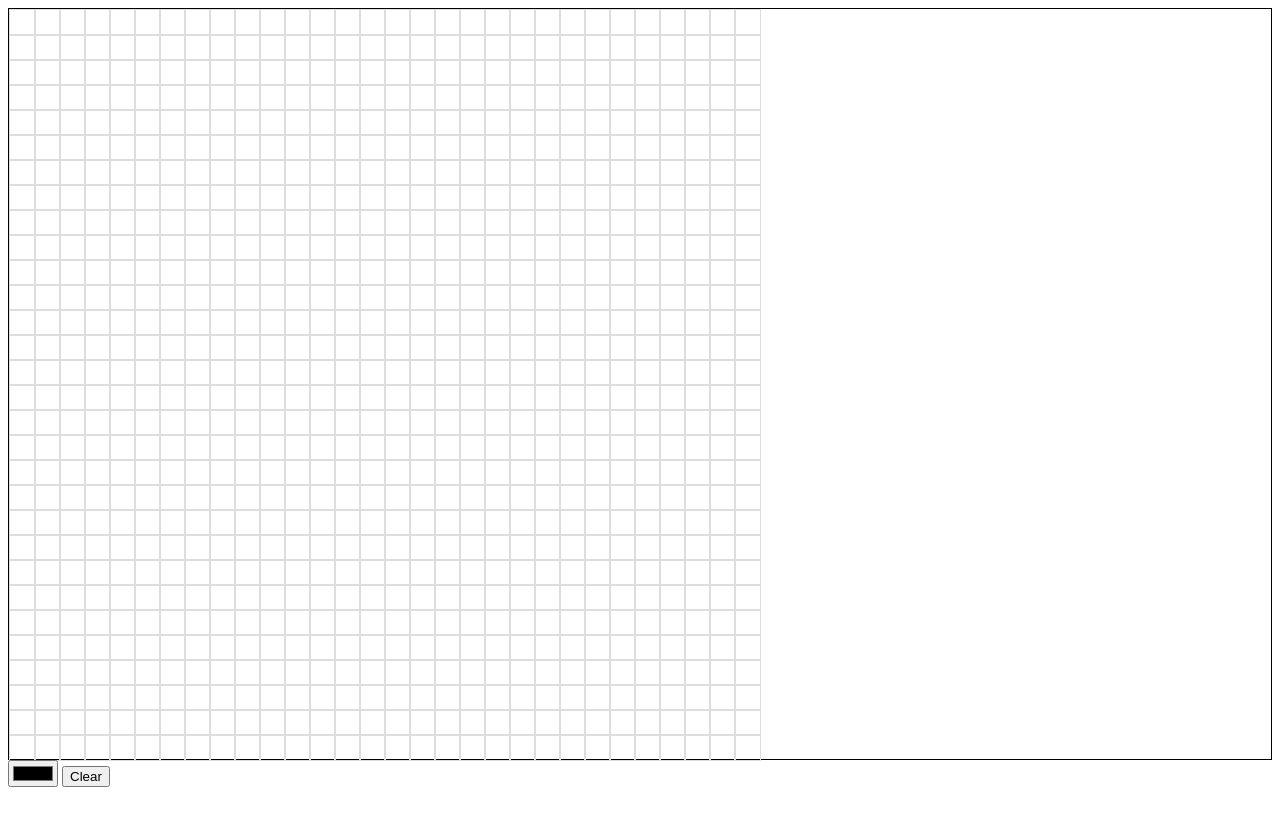
Repository: oldens/handwritten-digit-recognition
Page: index.html
The author's editor kept a copy of each file at every save. The page is drawn from the files as they stood at one save, then again after the next save.
The browser window is 1280 px wide. The pictures show the whole page.

Above is the page before, as saved 2025-01-31 15:47:19.

After the next save:
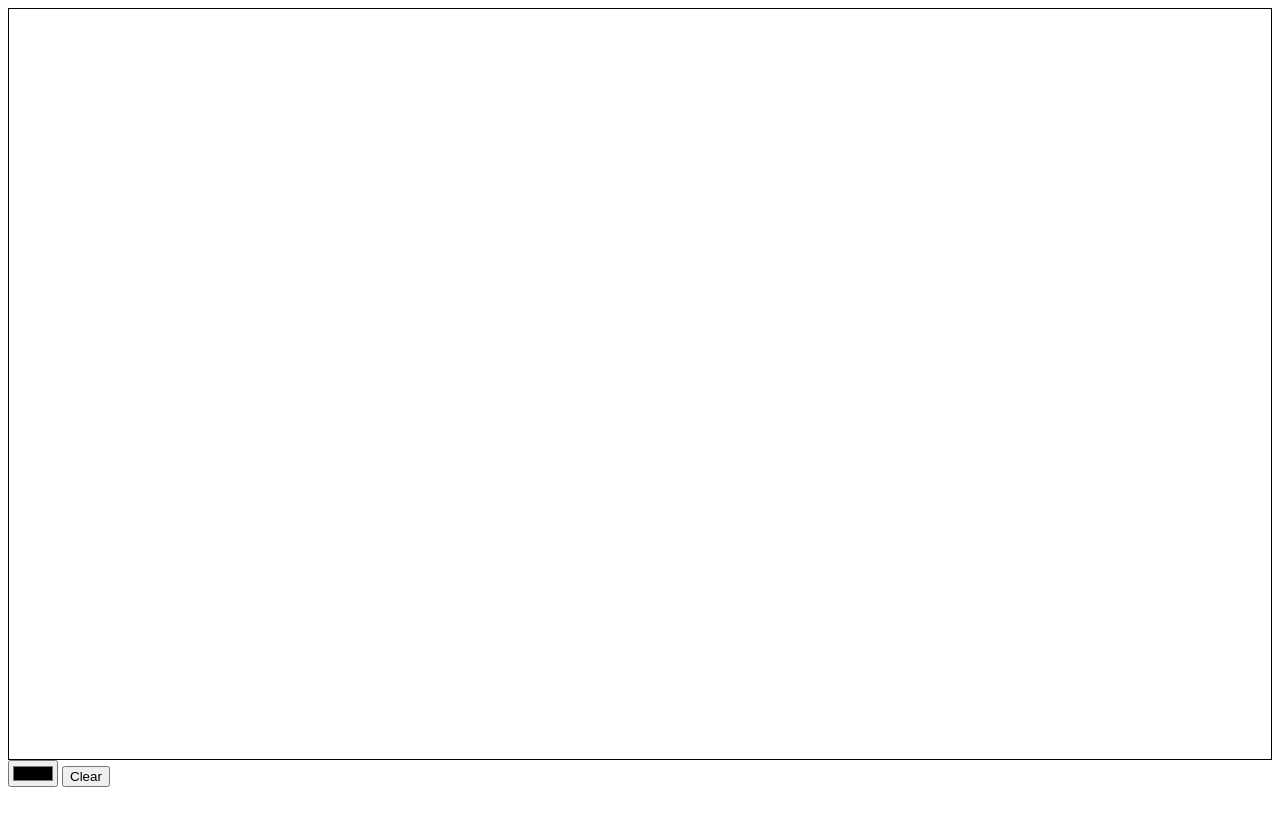
Saved 55 s later.
--- a/script.js
+++ b/script.js
@@ -2,8 +2,13 @@
 const colorPicker = document.getElementById('color-picker');
 const clearButton = document.getElementById('clear-button');
 
-const numRows = 30;
-const numCols = 30;
+
+const rootStyles = getComputedStyle(document.documentElement);
+
+
+
+const numRows = parseInt(rootStyles.getPropertyValue('--grid-size'));;
+const numCols = parseInt(rootStyles.getPropertyValue('--cell-size'));;
 const cellSize = 25; // Change to 20 if you want larger cells
 
 let drawingData = Array.from({ length: numRows }, () => Array(numCols).fill('#FFFFFF'));

After the 2 saves that followed:
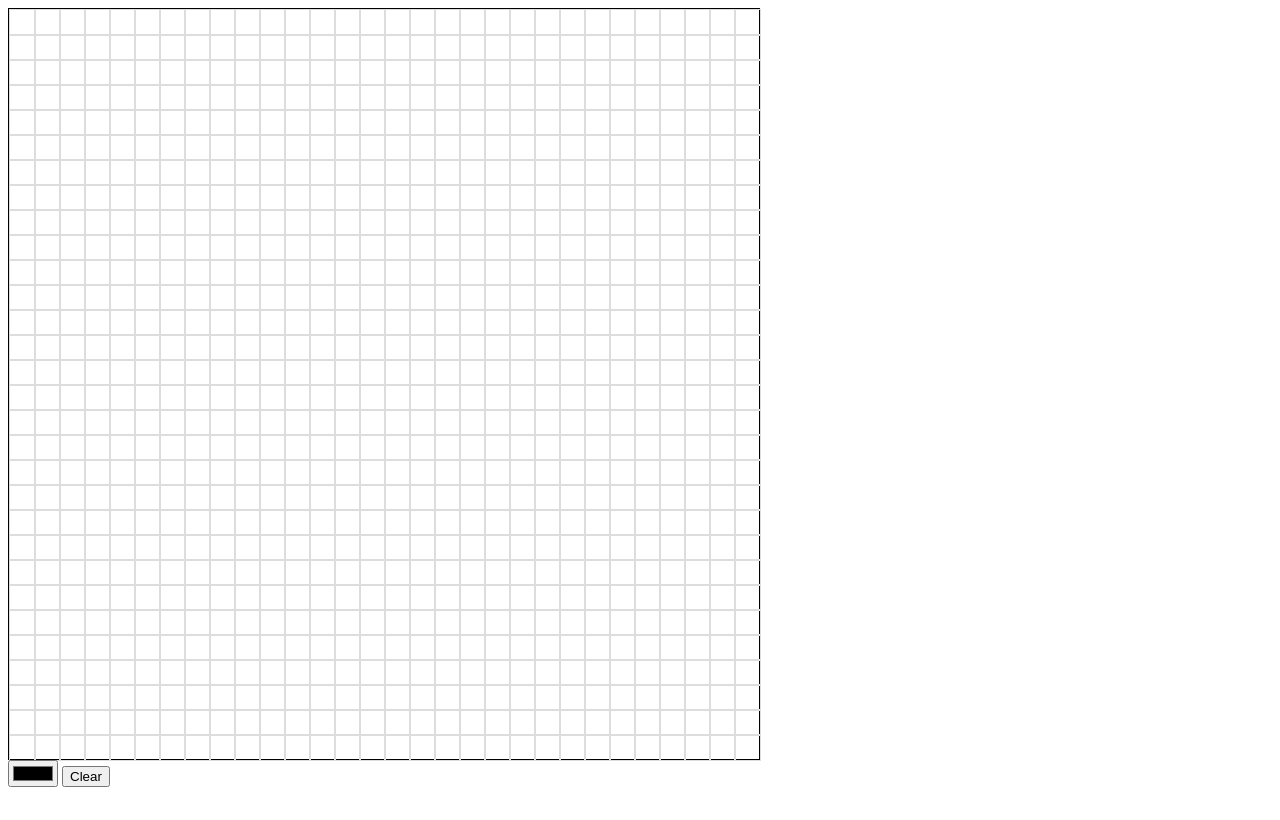
The 2 saves are shown as one change because 1 left the picture as it was.
The last was saved 45 s later.
--- a/styles.css
+++ b/styles.css
@@ -1,9 +1,14 @@
+:root {
+    --grid-size: 30;
+    --cell-size: 25px;
+}
+
 #drawing-area {
-    width: (30*25)px;
-    height: (30*25)px;
+    width: calc(var(--grid-size) * var(--cell-size));
+    height: calc(var(--grid-size) * var(--cell-size));
     display: grid;
-    grid-template-columns: repeat(30, 25px);
-    grid-template-rows: repeat(30, 25px);
+    grid-template-columns: repeat(var(--grid-size), var(--cell-size));
+    grid-template-rows: repeat(var(--grid-size), var(--cell-size));
     border: 1px solid #000;
 }
 
--- a/script.js
+++ b/script.js
@@ -7,9 +7,9 @@
 
 
 
-const numRows = parseInt(rootStyles.getPropertyValue('--grid-size'));;
-const numCols = parseInt(rootStyles.getPropertyValue('--cell-size'));;
-const cellSize = 25; // Change to 20 if you want larger cells
+const numRows = parseInt(rootStyles.getPropertyValue('--grid-size'));
+const numCols = parseInt(rootStyles.getPropertyValue('--grid-size'));
+const cellSize = parseInt(rootStyles.getPropertyValue('--cell-size'));
 
 let drawingData = Array.from({ length: numRows }, () => Array(numCols).fill('#FFFFFF'));
 
